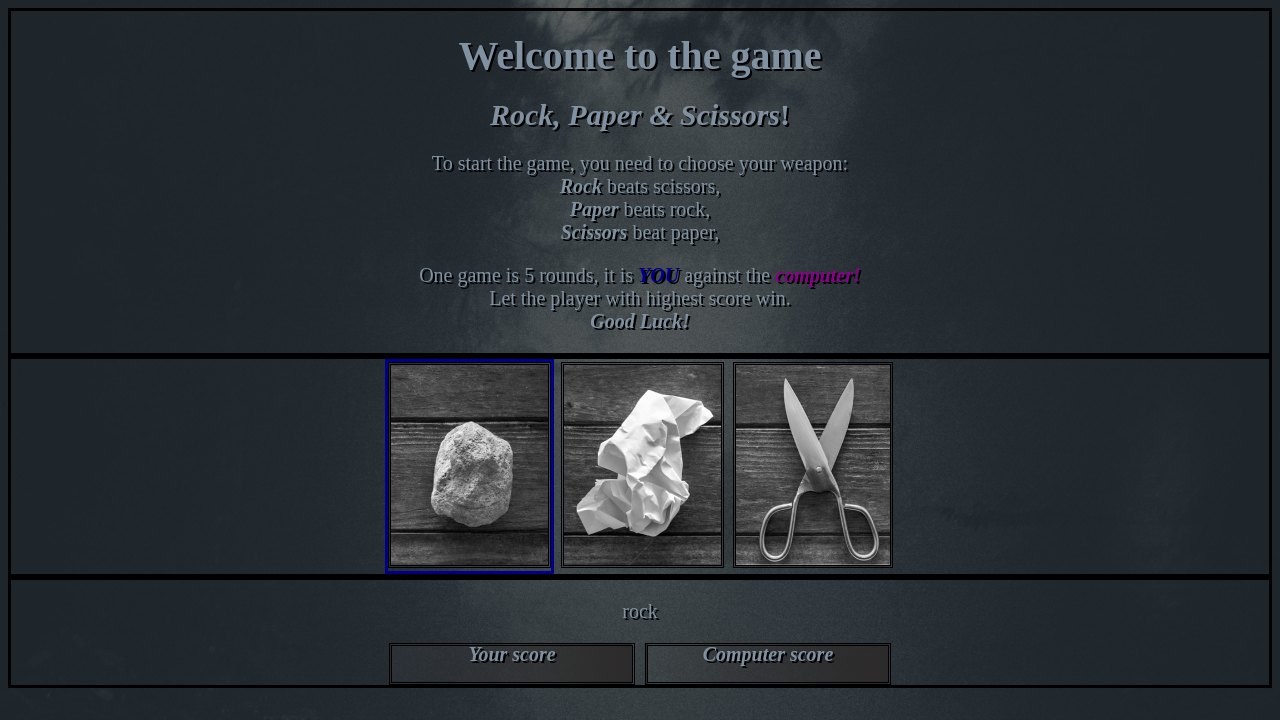
Repository: agneta1991/rock-paper-scissors
Page: Desktop/coding/index.html
An editor plug-in stored every save of this project. The page is shown before and after the next save, followed by the edit.
The browser window is 1280 px wide. The pictures show the whole page.
After loading, the first visible `button.rock` was clicked once.

Above is the page before, as saved 2023-03-03 09:44:31.

After the next save:
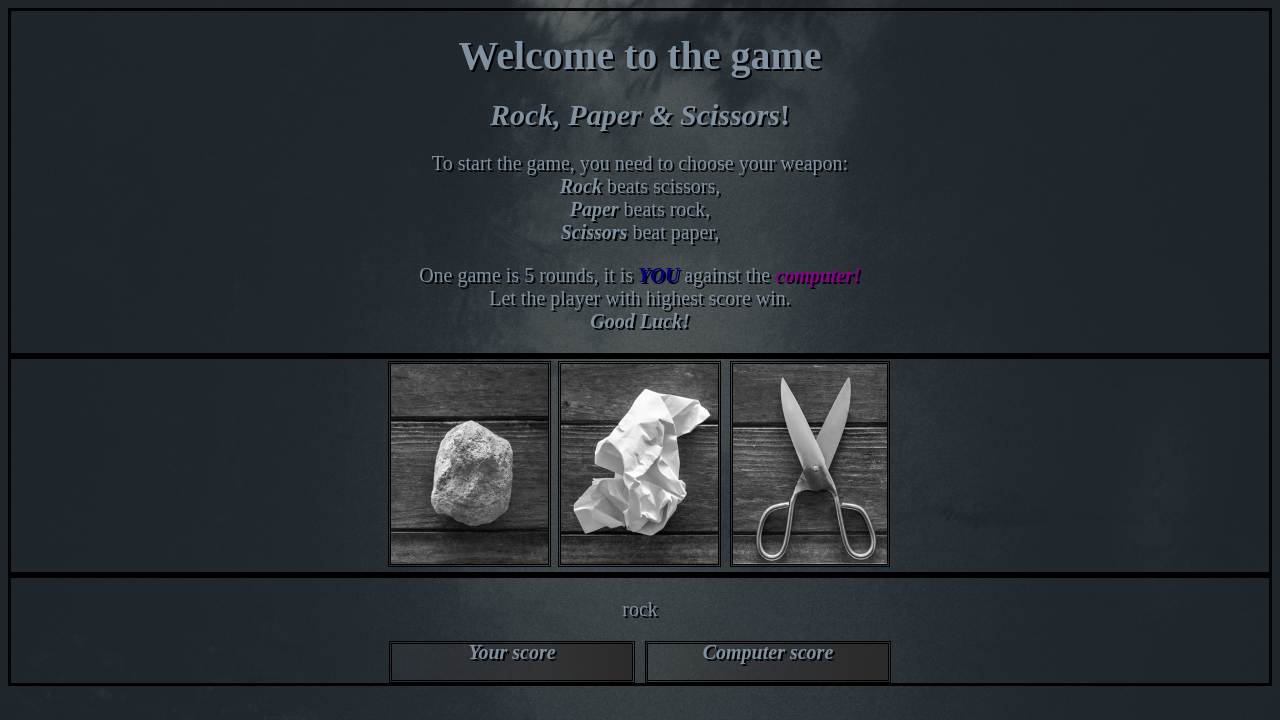
Saved 82 s later.
--- a/Desktop/coding/javascript.js
+++ b/Desktop/coding/javascript.js
@@ -26,7 +26,7 @@ btn.forEach((individualBtn)=>{
             individualBtn.style.border = 'solid darkblue';
         }
         function rmColor(){
-            individualBtn.style.border ='non';
+            individualBtn.style.border ='none';
         }
 
 

After the save that followed:
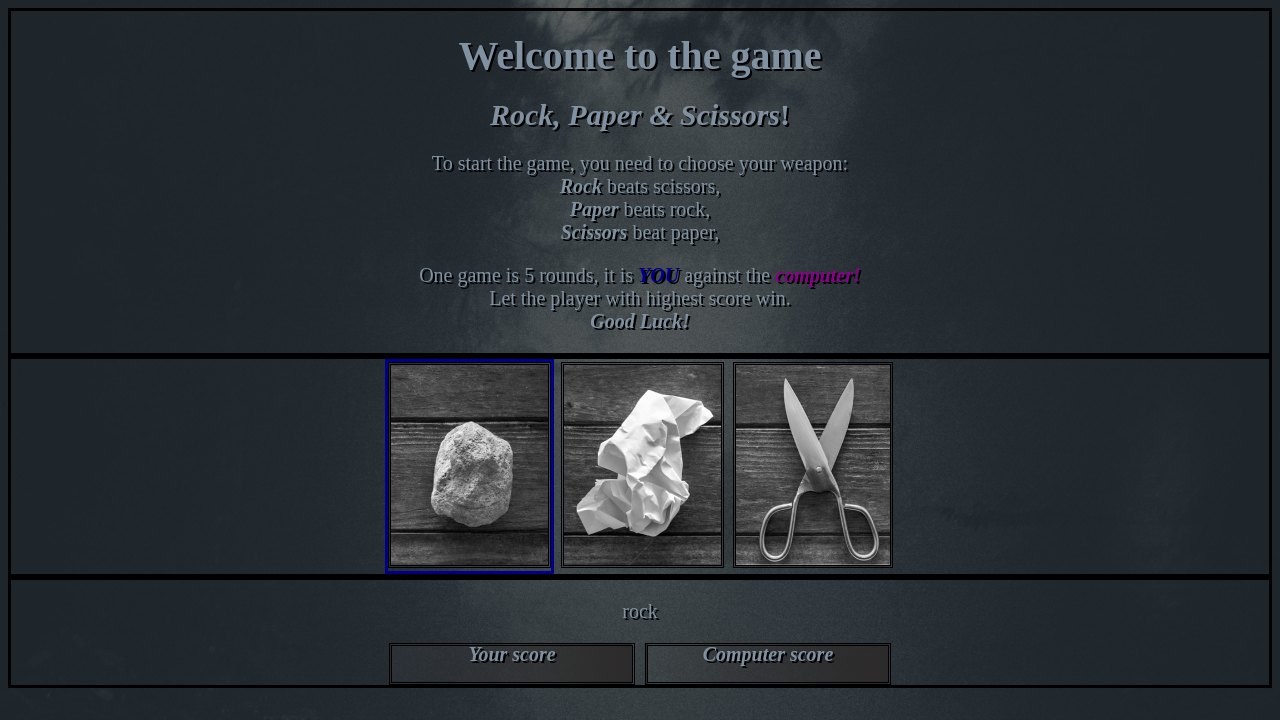
Saved 105 s later.
--- a/Desktop/coding/javascript.js
+++ b/Desktop/coding/javascript.js
@@ -10,15 +10,7 @@ btn.forEach((individualBtn)=>{
         let playerChoice = individualBtn.className;
         document.getElementById('displayed').innerHTML = playerChoice;
 
-        if (playerChoice === 'rock'){
-            addColor();
-        }else rmColor();
-
-        if (playerChoice === 'paper'){
-            addColor();
-        }else rmColor();
-
-        if (playerChoice === 'scissors'){
+        if (playerChoice === 'rock'|| 'paper' || 'scissors'){
             addColor();
         }else rmColor();
 
